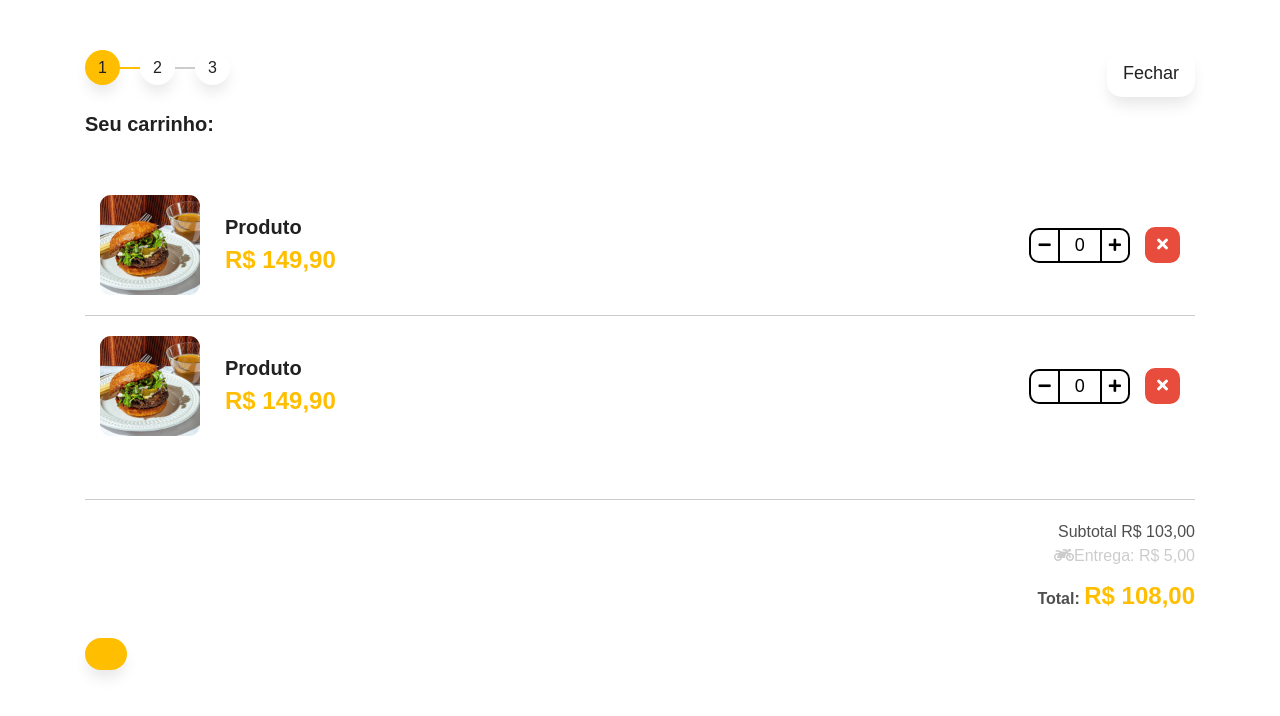
Repository: darkness318/restaraunt
Page: index.html
An editor plug-in stored every save of this project. The page is shown before and after the next save, followed by the edit.
The browser window is 1280 px wide. The pictures show the window.
A layer covers the whole window, so only the first screen is drawn.

Above is the page before, as saved 2024-10-01 10:20:51.
Console error: TypeError: Cannot read properties of undefined (reading 'fn')

After the next save:
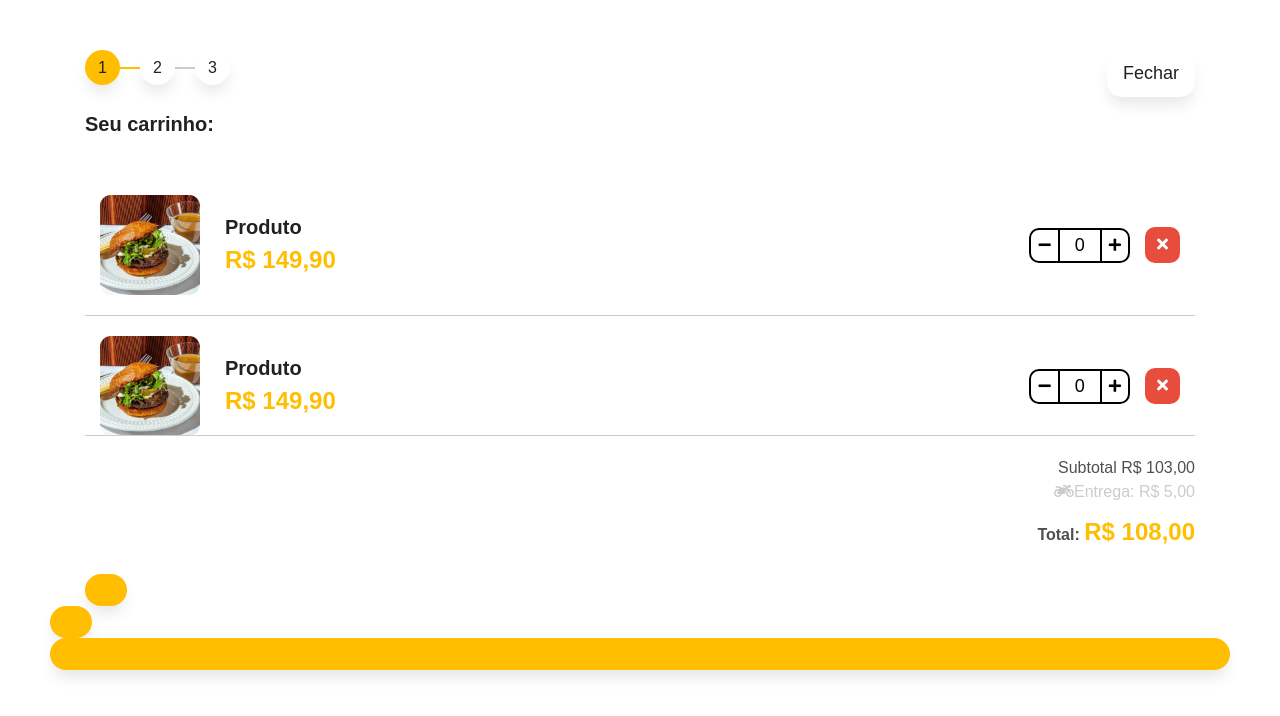
The error is gone.
Saved 2 s later.
--- a/index.html
+++ b/index.html
@@ -533,7 +533,7 @@
               <span class="valor-total" id="lblValorTotal"><b>R$ 108,00</b></span>
             </p>
           </div>
-          <a class="btn btn-yellow </a>
+          <a class="btn btn-yellow" </a>
         </div>
       </div>
     </div>
